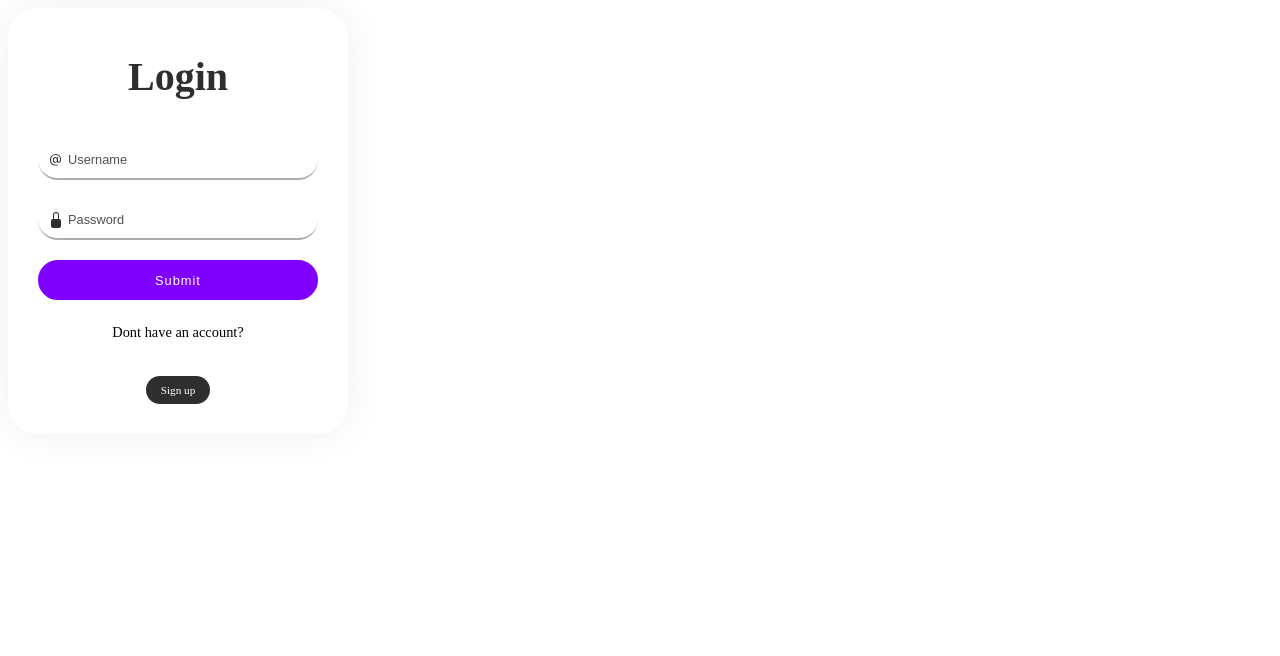
Repository: sharmisthak16/Student-Assignment
Page: / (app in my-project/)
The author's editor kept a copy of each file at every save. The page is drawn from the files as they stood at one save, then again after a run of saves.
The browser window is 1280 px wide. The pictures show the whole page.
The project was rebuilt for these pictures with package versions that can differ from the ones it lists, and the page was loaded fresh each time. Also part of the build but not shown: my-project/vite.config.js, my-project/src/index.css.

Above is the page before, as saved 2025-01-30 10:59:32.

### my-project/index.html
<!doctype html>
<html lang="en">
  <head>
    <meta charset="UTF-8" />

    <meta name="viewport" content="width=device-width, initial-scale=1.0" />
    <title>Assignment</title>
  </head>
  <body>
    <div id="root"></div>
    <script type="module" src="/src/main.jsx"></script>
  </body>
</html>

### my-project/src/App.jsx
import React from 'react'

import LoginForm from './components/LoginForm'
const App = () => {
  return (
    <div>
      <LoginForm/>
    </div>
  )
}

export default App

### my-project/src/components/LoginForm.jsx
import React, { useState } from 'react';
import "./LoginForm.css"

const LoginForm = () => {
  const [username, setUsername] = useState('');
  const [password, setPassword] = useState('');

  const handleSubmit = (e) => {
    e.preventDefault();
    // Handle form submission logic here
    console.log('Username:', username);
    console.log('Password:', password);
  };

  return (
    <form className="form_main" onSubmit={handleSubmit}>
      <p className="heading">Login</p>
      <div className="inputContainer">
        <svg
          viewBox="0 0 16 16"
          fill="#2e2e2e"
          height="16"
          width="16"
          xmlns="http://www.w3.org/2000/svg"
          className="inputIcon"
        >
          <path d="M13.106 7.222c0-2.967-2.249-5.032-5.482-5.032-3.35 0-5.646 2.318-5.646 5.702 0 3.493 2.235 5.708 5.762 5.708.862 0 1.689-.123 2.304-.335v-.862c-.43.199-1.354.328-2.29.328-2.926 0-4.813-1.88-4.813-4.798 0-2.844 1.921-4.881 4.594-4.881 2.735 0 4.608 1.688 4.608 4.156 0 1.682-.554 2.769-1.416 2.769-.492 0-.772-.28-.772-.76V5.206H8.923v.834h-.11c-.266-.595-.881-.964-1.6-.964-1.4 0-2.378 1.162-2.378 2.823 0 1.737.957 2.906 2.379 2.906.8 0 1.415-.39 1.709-1.087h.11c.081.67.703 1.148 1.503 1.148 1.572 0 2.57-1.415 2.57-3.643zm-7.177.704c0-1.197.54-1.907 1.456-1.907.93 0 1.524.738 1.524 1.907S8.308 9.84 7.371 9.84c-.895 0-1.442-.725-1.442-1.914z"></path>
        </svg>
        <input
          placeholder="Username"
          id="username"
          className="inputField"
          type="text"
          value={username}
          onChange={(e) => setUsername(e.target.value)}
        />
      </div>

      <div className="inputContainer">
        <svg
          viewBox="0 0 16 16"
          fill="#2e2e2e"
          height="16"
          width="16"
          xmlns="http://www.w3.org/2000/svg"
          className="inputIcon"
        >
          <path d="M8 1a2 2 0 0 1 2 2v4H6V3a2 2 0 0 1 2-2zm3 6V3a3 3 0 0 0-6 0v4a2 2 0 0 0-2 2v5a2 2 0 0 0 2 2h6a2 2 0 0 0 2-2V9a2 2 0 0 0-2-2z"></path>
        </svg>
        <input
          placeholder="Password"
          id="password"
          className="inputField"
          type="password"
          value={password}
          onChange={(e) => setPassword(e.target.value)}
        />
      </div>

      <button id="button" type="submit">
        Submit
      </button>
      <div className="signupContainer">
        <p>Dont have an account?</p>
        <a href="#">Sign up</a>
      </div>
    </form>
  );
};

export default LoginForm;

### my-project/src/components/LoginForm.css
/* From Uiverse.io by vinodjangid07 */
.form_main {
    width: 280px;
    display: flex;
    flex-direction: column;
    align-items: center;
    justify-content: center;
    background-color: rgb(255, 255, 255);
    padding: 30px 30px 30px 30px;
    border-radius: 30px;
    box-shadow: 0px 0px 40px rgba(0, 0, 0, 0.062);
    left: 50%;
    right: 50%;

  }

  .heading {
    font-size: 2.5em;
    color: #2e2e2e;
    font-weight: 700;
    margin: 15px 0 30px 0;
  }

  .inputContainer {
    width: 100%;
    position: relative;
    display: flex;
    align-items: center;
    justify-content: center;
  }

  .inputIcon {
    position: absolute;
    left: 10px;
  }

  .inputField {
    width: 100%;
    height: 40px;
    background-color: transparent;
    border: none;
    border-bottom: 2px solid rgb(173, 173, 173);
    border-radius: 30px;
    margin: 10px 0;
    color: black;
    font-size: .8em;
    font-weight: 500;
    box-sizing: border-box;
    padding-left: 30px;
  }

  .inputField:focus {
    outline: none;
    border-bottom: 2px solid rgb(199, 114, 255);
  }

  .inputField::placeholder {
    color: rgb(80, 80, 80);
    font-size: 1em;
    font-weight: 500;
  }

  #button {
    position: relative;
    width: 100%;
    border: 2px solid #8000ff;
    background-color: #8000ff;
    height: 40px;
    color: white;
    font-size: .8em;
    font-weight: 500;
    letter-spacing: 1px;
    border-radius: 30px;
    margin: 10px;
    cursor: pointer;
    overflow: hidden;
  }

  #button::after {
    content: "";
    position: absolute;
    background-color: rgba(255, 255, 255, 0.253);
    height: 100%;
    width: 150px;
    top: 0;
    left: -200px;
    border-bottom-right-radius: 100px;
    border-top-left-radius: 100px;
    filter: blur(10px);
    transition-duration: .5s;
  }

  #button:hover::after {
    transform: translateX(600px);
    transition-duration: .5s;
  }

  .signupContainer {
    margin: 0;
    display: flex;
    flex-direction: column;
    align-items: center;
    justify-content: center;
    gap: 20px;
  }

  .signupContainer p {
    font-size: .9em;
    font-weight: 500;
    color: black;
  }

  .signupContainer a {
    font-size: .7em;
    font-weight: 500;
    background-color: #2e2e2e;
    color: white;
    text-decoration: none;
    padding: 8px 15px;
    border-radius: 20px;
  }

Loaded but not shown: my-project/src/main.jsx (common file)

After the next 7 saves:
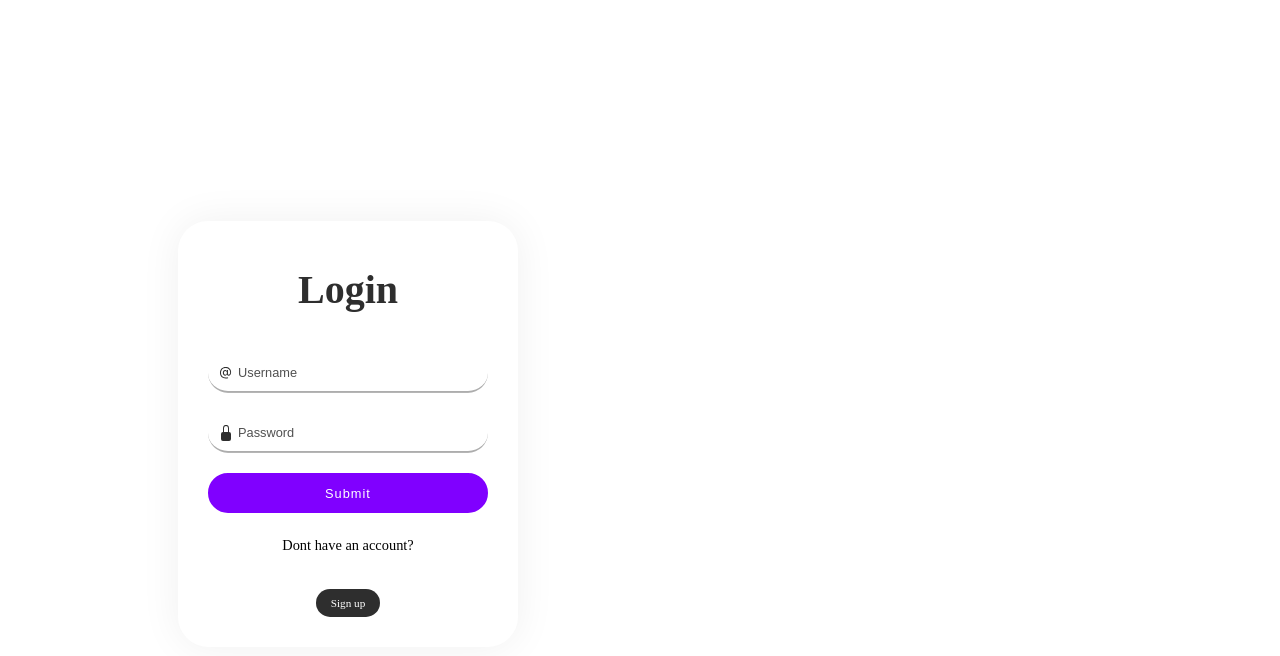
The 7 saves are shown as one change because they came seconds apart.
The last was saved 40 s later.
--- a/my-project/src/components/LoginForm.css
+++ b/my-project/src/components/LoginForm.css
@@ -11,7 +11,7 @@
     box-shadow: 0px 0px 40px rgba(0, 0, 0, 0.062);
     left: 50%;
     right: 50%;
-
+    transform: translate(50%,50%);
   }
 
   .heading {
